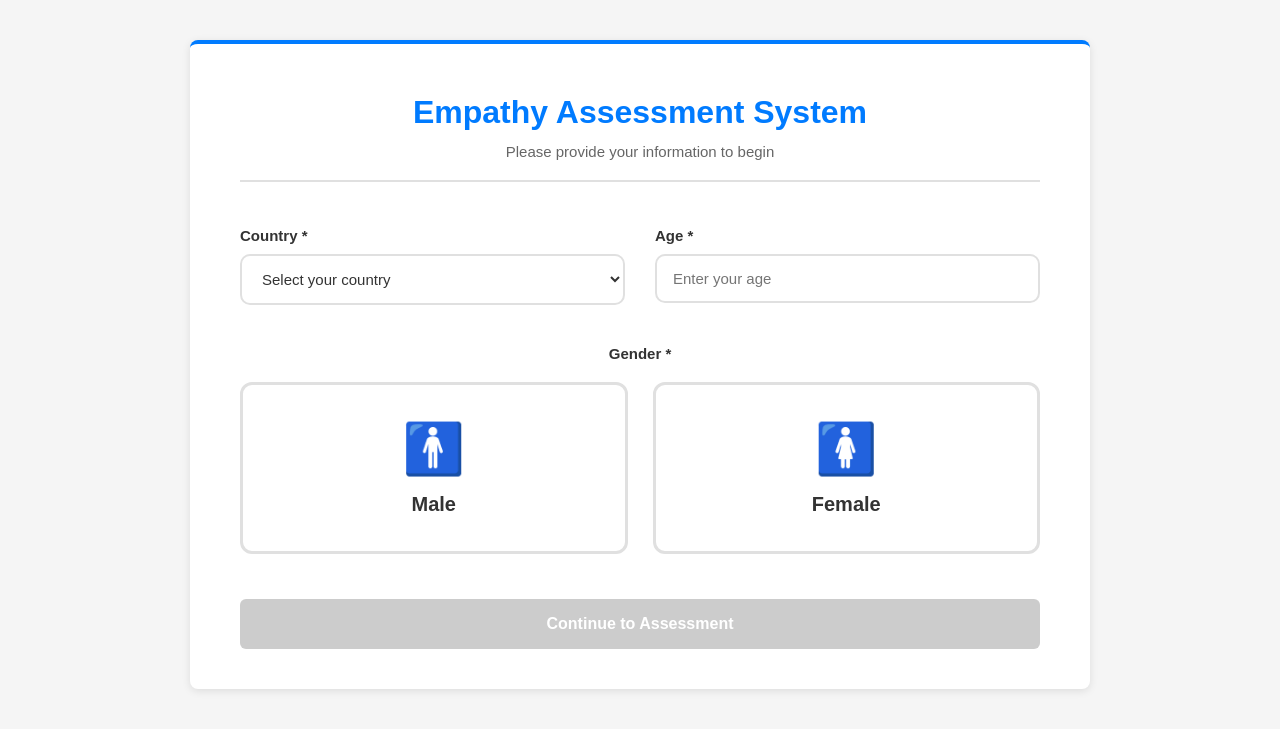
Repository: Matsuyou-Wang/MPES-system
Page: selection.html
These files come from the project's save history. The page is drawn as it stood at one moment and after the next save; the edit follows.
The browser window is 1280 px wide. The pictures show the whole page.

Above is the page before, as saved 2025-11-25 12:54:38.

### selection.html
<!DOCTYPE html>
<html lang="en">
<head>
    <meta charset="UTF-8">
    <meta name="viewport" content="width=device-width, initial-scale=1.0">
    <title>Empathy Assessment System</title>
    <style>
        * {
            margin: 0;
            padding: 0;
            box-sizing: border-box;
        }

        body {
            font-family: 'Microsoft YaHei', 'Arial', sans-serif;
            background-color: #f5f5f5;
            min-height: 100vh;
            display: flex;
            justify-content: center;
            align-items: center;
            padding: 40px 20px;
        }

        .selection-container {
            background: white;
            border-radius: 8px;
            box-shadow: 0 2px 8px rgba(0, 0, 0, 0.1);
            max-width: 900px;
            width: 100%;
            padding: 50px 50px 40px;
            border-top: 4px solid #007bff;
        }

        .header {
            text-align: center;
            margin-bottom: 45px;
            padding-bottom: 20px;
            border-bottom: 2px solid #e0e0e0;
        }

        .header h1 {
            color: #007bff;
            font-size: 32px;
            font-weight: 600;
            margin-bottom: 12px;
        }

        .header p {
            color: #666;
            font-size: 15px;
        }

        .form-grid {
            display: grid;
            grid-template-columns: 1fr 1fr;
            gap: 30px;
            margin-bottom: 40px;
        }

        .form-section {
            display: flex;
            flex-direction: column;
        }

        .form-section label {
            color: #333;
            font-size: 15px;
            font-weight: 600;
            margin-bottom: 10px;
        }

        .form-section select,
        .form-section input {
            width: 100%;
            padding: 14px 16px;
            font-size: 15px;
            border: 2px solid #e0e0e0;
            border-radius: 10px;
            background: white;
            color: #333;
            transition: all 0.3s ease;
        }

        .form-section select {
            cursor: pointer;
        }

        .form-section select:hover,
        .form-section input:hover {
            border-color: #007bff;
        }

        .form-section select:focus,
        .form-section input:focus {
            outline: none;
            border-color: #007bff;
            box-shadow: 0 0 0 3px rgba(0, 123, 255, 0.1);
        }

        .form-section input[type="number"]::-webkit-inner-spin-button,
        .form-section input[type="number"]::-webkit-outer-spin-button {
            -webkit-appearance: none;
            margin: 0;
        }

        .form-section input[type="number"] {
            -moz-appearance: textfield;
        }

        .gender-section {
            margin-bottom: 35px;
        }

        .gender-section h3 {
            color: #333;
            font-size: 15px;
            font-weight: 600;
            margin-bottom: 20px;
            text-align: center;
        }

        .gender-options {
            display: grid;
            grid-template-columns: 1fr 1fr;
            gap: 25px;
        }

        .gender-option {
            padding: 35px 25px;
            border-radius: 12px;
            text-align: center;
            cursor: pointer;
            transition: all 0.3s ease;
            border: 3px solid #e0e0e0;
            background: white;
            position: relative;
        }

        .gender-option:hover {
            transform: translateY(-4px);
            box-shadow: 0 4px 12px rgba(0, 123, 255, 0.2);
            border-color: #007bff;
        }

        .gender-option.selected {
            border-color: #007bff;
            background: #e3f2fd;
        }

        .gender-icon {
            font-size: 50px;
            margin-bottom: 15px;
            display: block;
        }

        .gender-title {
            font-size: 20px;
            font-weight: 600;
            color: #333;
        }

        .continue-btn {
            width: 100%;
            padding: 16px;
            background: #007bff;
            color: white;
            border: none;
            border-radius: 6px;
            font-size: 16px;
            font-weight: 600;
            cursor: pointer;
            transition: all 0.3s ease;
            margin-top: 10px;
        }

        .continue-btn:hover:not(:disabled) {
            background: #0056b3;
            box-shadow: 0 4px 8px rgba(0, 123, 255, 0.3);
        }

        .continue-btn:disabled {
            background: #ccc;
            cursor: not-allowed;
            transform: none;
        }

        .error-message {
            color: #f44336;
            font-size: 13px;
            margin-top: 6px;
            display: none;
        }

        .error-message.show {
            display: block;
        }

        @media (max-width: 768px) {
            .form-grid {
                grid-template-columns: 1fr;
                gap: 20px;
            }

            .gender-options {
                grid-template-columns: 1fr;
            }

            .selection-container {
                padding: 40px 30px;
            }
        }
    </style>
</head>
<body>
    <div class="selection-container">
        <div class="header">
            <h1>Empathy Assessment System</h1>
            <p>Please provide your information to begin</p>
        </div>

        <form id="selectionForm">
            <div class="form-grid">
                <div class="form-section">
                    <label for="country">Country *</label>
                    <select id="country" name="country" required>
                        <option value="">Select your country</option>
                        <option value="United States">United States</option>
                        <option value="United Kingdom">United Kingdom</option>
                        <option value="Canada">Canada</option>
                        <option value="Australia">Australia</option>
                        <option value="Germany">Germany</option>
                        <option value="France">France</option>
                        <option value="Italy">Italy</option>
                        <option value="Spain">Spain</option>
                        <option value="Netherlands">Netherlands</option>
                        <option value="Belgium">Belgium</option>
                        <option value="Switzerland">Switzerland</option>
                        <option value="Austria">Austria</option>
                        <option value="Sweden">Sweden</option>
                        <option value="Norway">Norway</option>
                        <option value="Denmark">Denmark</option>
                        <option value="Finland">Finland</option>
                        <option value="Poland">Poland</option>
                        <option value="Portugal">Portugal</option>
                        <option value="Greece">Greece</option>
                        <option value="Ireland">Ireland</option>
                        <option value="Japan">Japan</option>
                        <option value="South Korea">South Korea</option>
                        <option value="Singapore">Singapore</option>
                        <option value="Malaysia">Malaysia</option>
                        <option value="Thailand">Thailand</option>
                        <option value="Vietnam">Vietnam</option>
                        <option value="Philippines">Philippines</option>
                        <option value="Indonesia">Indonesia</option>
                        <option value="India">India</option>
                        <option value="Brazil">Brazil</option>
                        <option value="Mexico">Mexico</option>
                        <option value="Argentina">Argentina</option>
                        <option value="Chile">Chile</option>
                        <option value="Colombia">Colombia</option>
                        <option value="Peru">Peru</option>
                        <option value="South Africa">South Africa</option>
                        <option value="Egypt">Egypt</option>
                        <option value="Turkey">Turkey</option>
                        <option value="Russia">Russia</option>
                        <option value="Ukraine">Ukraine</option>
                        <option value="Czech Republic">Czech Republic</option>
                        <option value="Hungary">Hungary</option>
                        <option value="Romania">Romania</option>
                        <option value="Bulgaria">Bulgaria</option>
                        <option value="Croatia">Croatia</option>
                        <option value="New Zealand">New Zealand</option>
                        <option value="Israel">Israel</option>
                        <option value="Saudi Arabia">Saudi Arabia</option>
                        <option value="UAE">United Arab Emirates</option>
                        <option value="Other">Other</option>
                    </select>
                </div>

                <div class="form-section">
                    <label for="age">Age *</label>
                    <input type="number" id="age" name="age" min="18" max="120" placeholder="Enter your age" required>
                    <span class="error-message" id="ageError">Age must be between 18 and 120</span>
                </div>
            </div>

            <div class="gender-section">
                <h3>Gender *</h3>
                <div class="gender-options">
                    <div class="gender-option" id="maleOption" data-gender="male">
                        <span class="gender-icon">🚹</span>
                        <div class="gender-title">Male</div>
                    </div>

                    <div class="gender-option" id="femaleOption" data-gender="female">
                        <span class="gender-icon">🚺</span>
                        <div class="gender-title">Female</div>
                    </div>
                </div>
            </div>

            <button type="submit" class="continue-btn" id="continueBtn" disabled>Continue to Assessment</button>
        </form>
    </div>

    <script>
        const countrySelect = document.getElementById('country');
        const ageInput = document.getElementById('age');
        const ageError = document.getElementById('ageError');
        const maleOption = document.getElementById('maleOption');
        const femaleOption = document.getElementById('femaleOption');
        const continueBtn = document.getElementById('continueBtn');
        const form = document.getElementById('selectionForm');

        let selectedGender = '';

        // Validate age
        function validateAge() {
            const age = parseInt(ageInput.value);
            if (ageInput.value && (age < 18 || age > 120)) {
                ageError.classList.add('show');
                ageInput.style.borderColor = '#f44336';
                return false;
            } else {
                ageError.classList.remove('show');
                ageInput.style.borderColor = '#e0e0e0';
                return true;
            }
        }

        // Check if form is complete
        function checkFormCompletion() {
            const countryValid = countrySelect.value !== '';
            const ageValid = ageInput.value !== '' && validateAge();
            const genderValid = selectedGender !== '';

            if (countryValid && ageValid && genderValid) {
                continueBtn.disabled = false;
            } else {
                continueBtn.disabled = true;
            }
        }

        // Gender selection
        maleOption.addEventListener('click', function() {
            selectedGender = 'male';
            maleOption.classList.add('selected');
            femaleOption.classList.remove('selected');
            checkFormCompletion();
        });

        femaleOption.addEventListener('click', function() {
            selectedGender = 'female';
            femaleOption.classList.add('selected');
            maleOption.classList.remove('selected');
            checkFormCompletion();
        });

        // Form field listeners
        countrySelect.addEventListener('change', checkFormCompletion);

        ageInput.addEventListener('input', function() {
            validateAge();
            checkFormCompletion();
        });

        ageInput.addEventListener('blur', validateAge);

        // Form submission
        form.addEventListener('submit', function(e) {
            e.preventDefault();

            if (!validateAge()) {
                return;
            }

            // Save user info to localStorage
            const userInfo = {
                country: countrySelect.value,
                age: ageInput.value,
                gender: selectedGender,
                timestamp: new Date().toISOString()
            };

            localStorage.setItem('userInfo', JSON.stringify(userInfo));
            localStorage.setItem('selectedGender', selectedGender);

            // Redirect to annotation interface
            window.location.href = 'annotation.html?gender=' + selectedGender;
        });
    </script>
</body>
</html>

After the next save:
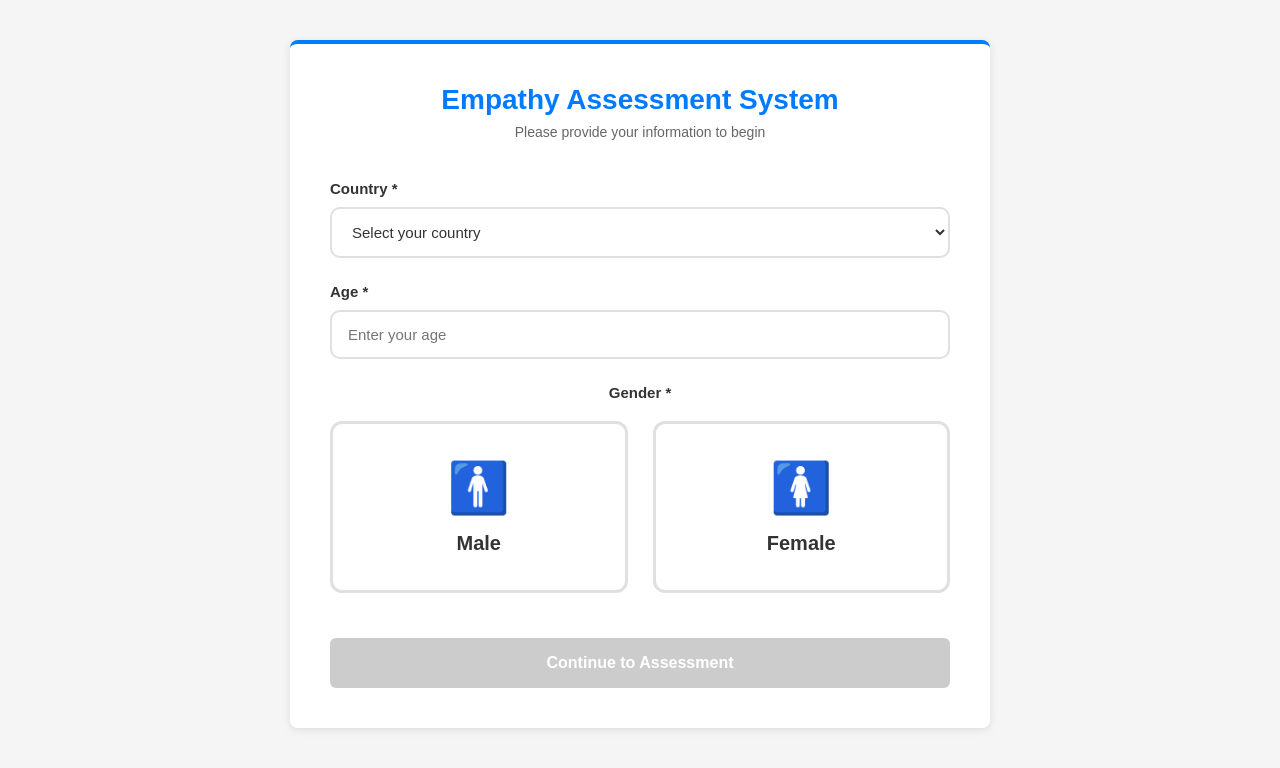
Saved 62 s later.
--- a/selection.html
+++ b/selection.html
@@ -25,36 +25,31 @@
             background: white;
             border-radius: 8px;
             box-shadow: 0 2px 8px rgba(0, 0, 0, 0.1);
-            max-width: 900px;
+            max-width: 700px;
             width: 100%;
-            padding: 50px 50px 40px;
+            padding: 40px;
             border-top: 4px solid #007bff;
         }
 
         .header {
             text-align: center;
-            margin-bottom: 45px;
-            padding-bottom: 20px;
-            border-bottom: 2px solid #e0e0e0;
+            margin-bottom: 40px;
         }
 
         .header h1 {
             color: #007bff;
-            font-size: 32px;
-            font-weight: 600;
-            margin-bottom: 12px;
+            font-size: 28px;
+            font-weight: 600;
+            margin-bottom: 8px;
         }
 
         .header p {
             color: #666;
-            font-size: 15px;
-        }
-
-        .form-grid {
-            display: grid;
-            grid-template-columns: 1fr 1fr;
-            gap: 30px;
-            margin-bottom: 40px;
+            font-size: 14px;
+        }
+
+        .form-section {
+            margin-bottom: 25px;
         }
 
         .form-section {
